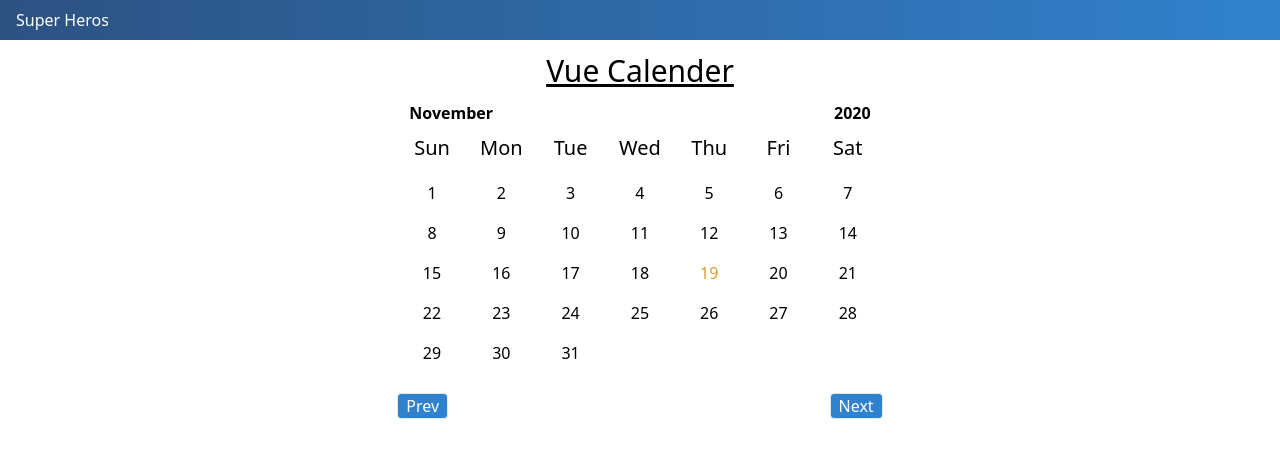
Repository: kshvkndl/VueFullCoursePractice
Page: /
An editor plug-in stored every save of this project. The page is shown before and after the next save, followed by the edit.
The browser window is 1280 px wide. The pictures show the whole page.
The project was rebuilt for these pictures with package versions that can differ from the ones it lists, and the page was loaded fresh each time.

Above is the page before, as saved 2020-11-19 10:31:53.

### src/App.vue
<template>
  <AppHeader></AppHeader>

  <!-- <SuperHeros></SuperHeros> -->
  <div class="w-full flex">
    <router-view></router-view>
    <Calender></Calender>
  </div>
</template>

<script>
import AppHeader from "@/components/AppHeader";
// import SuperHeros from "@/components/SuperHeros";
import Calender from "@/components/Calender";
export default {
  components: { AppHeader, Calender },
};
</script>

### src/components/AppHeader.vue
<template>
  <nav
    class="w-full bg-gradient-to-r from-blue-800 to-blue-600 text-white px-4 py-2"
  >
    <router-link to="/super-heros">Super Heros</router-link>
  </nav>
</template>


<script>
export default {};
</script>

### src/components/Calender.vue
<template >
  <div class="m-auto">
    <h1 class="text-3xl my-2 text-center"><u>Vue Calender</u></h1>
    <section class="flex justify-between mx-3">
      <p class="font-bold">{{ currentMonthName }}</p>
      <p class="font-bold">{{ currentYear }}</p>
    </section>

    <section class="flex">
      <p
        class="h-10 text-center text-xl my-2"
        style="width: 14.28%"
        v-for="day in days"
        :key="day"
      >
        {{ day }}
      </p>
    </section>

    <section class="flex flex-wrap">
      <p
        class="h-10 text-center"
        style="width: 14.28%"
        v-for="num in startDay()"
        :key="num"
      ></p>
      <p
        class="h-10 text-center"
        style="width: 14.28%"
        v-for="num in daysInMonth()"
        :key="num"
        :class="currentDateClass(num)"
      >
        {{ num }}
      </p>
    </section>

    <section class="flex justify-between text-white my-3">
      <button class="px-2 border rounded bg-blue-600" @click="prev()">
        Prev
      </button>
      <button class="px-2 border rounded bg-blue-600" @click="next()">
        Next
      </button>
    </section>
  </div>
</template>


//scripts
<script>
export default {
  data() {
    return {
      currentMonth: new Date().getMonth(),
      currentYear: new Date().getFullYear(),
      days: ["Sun", "Mon", "Tue", "Wed", "Thu", "Fri", "Sat"],
    };
  },

  methods: {
    daysInMonth() {
      return new Date(this.currentYear, this.currentMonth, 0).getDate();
    },

    startDay() {
      return new Date(this.currentYear, this.currentMonth, 1).getDay();
    },

    next() {
      if (this.currentMonth === 11) {
        this.currentMonth = 0;
        this.currentYear++;
      } else {
        this.currentMonth++;
      }
    },

    prev() {
      if (this.currentMonth === 0) {
        this.currentMonth = 11;
        this.currentYear--;
      } else {
        this.currentMonth--;
      }
    },

    currentDateClass(num) {
      const calenderFullDate = new Date(
        this.currentYear,
        this.currentMonth,
        num
      ).toDateString();
      const currentFullDate = new Date().toDateString();

      return calenderFullDate === currentFullDate ? "text-yellow-600" : "";
    },
  },

  computed: {
    currentMonthName() {
      return new Date(this.currentYear, this.currentMonth).toLocaleString(
        "default",
        {
          month: "long",
        }
      );
    },
  },
};
</script>

Loaded but not shown: public/index.html (common file); src/main.js (common file); src/assets/style.css (common file); tailwind.config.js (common file)

After the next save:
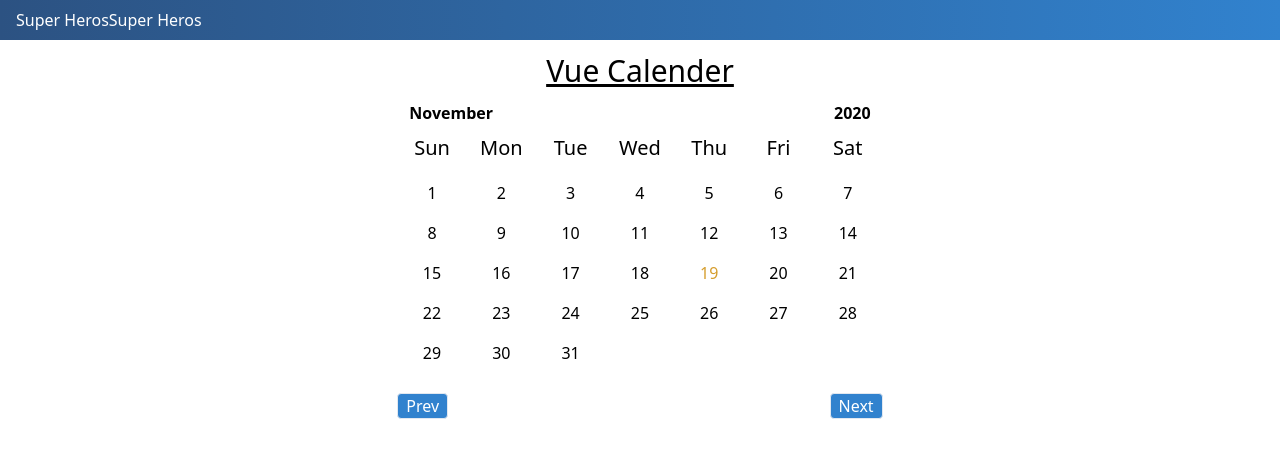
Saved 14 s later.
--- a/src/components/AppHeader.vue
+++ b/src/components/AppHeader.vue
@@ -3,6 +3,7 @@
     class="w-full bg-gradient-to-r from-blue-800 to-blue-600 text-white px-4 py-2"
   >
     <router-link to="/super-heros">Super Heros</router-link>
+    <router-link to="/calendar">Super Heros</router-link>
   </nav>
 </template>
 
